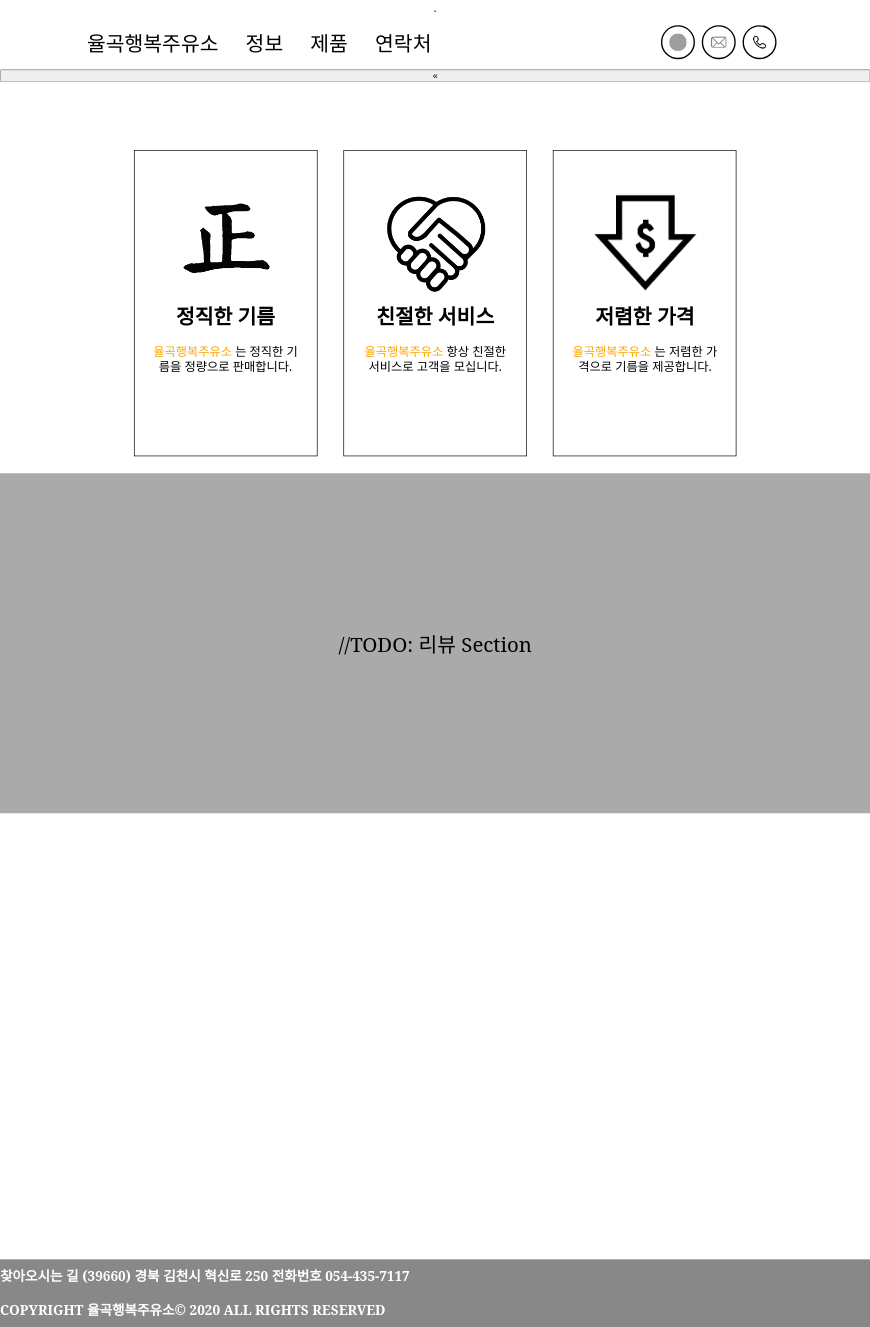
Repository: randomUser134923/pet-projects
Page: pet-projects/web1/index.html
The author's editor kept a record of every edit. The page is drawn from the files as they stood at one moment, then again after the next edit.
The browser window is 1280 px wide. The pictures show the whole page, at 68% of full size.
Pictures or frames that could not be fetched are drawn as grey boxes.

Above is the page before.

After the next edit:
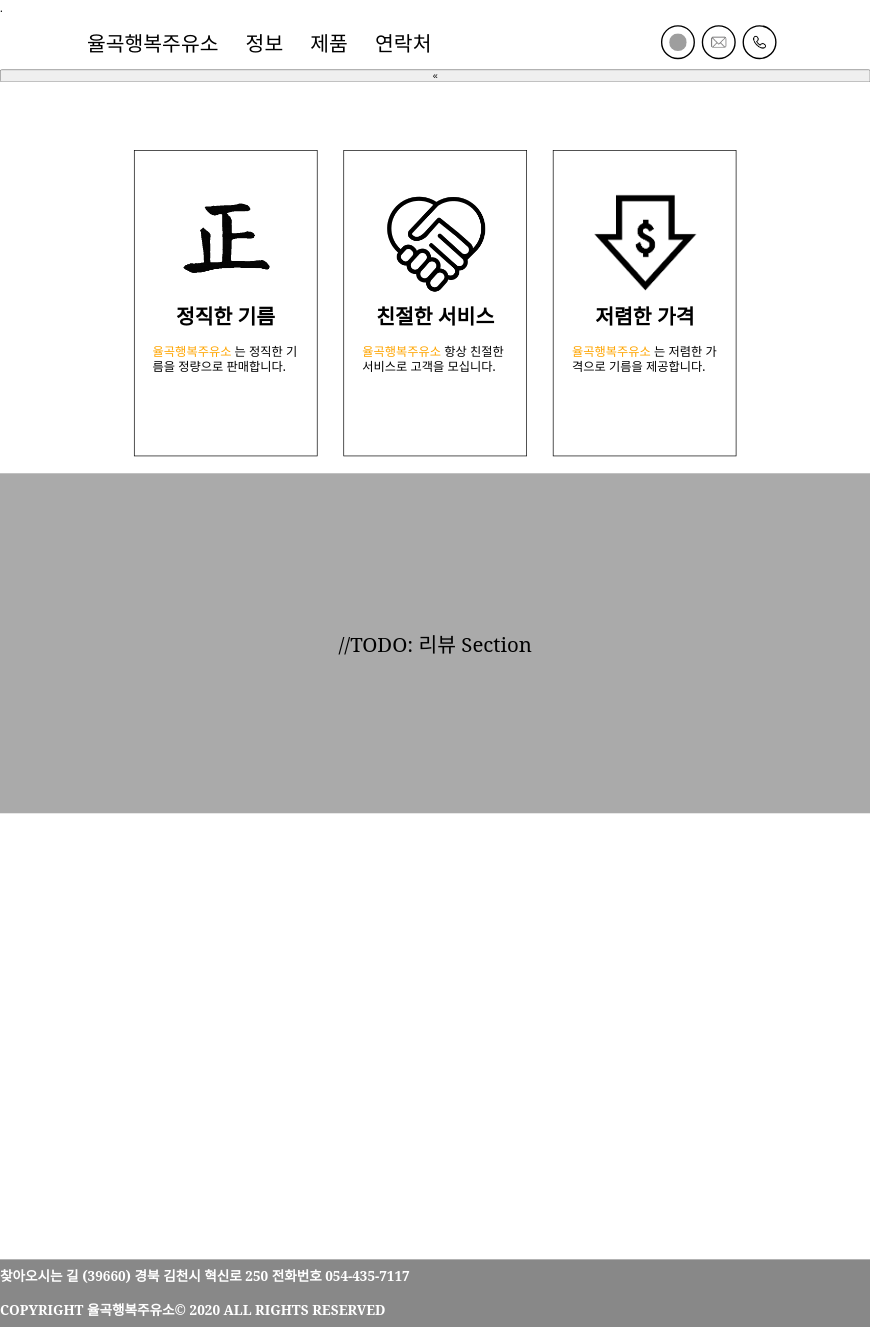
The edit:
--- a/pet-projects/web1/css/banner.css
+++ b/pet-projects/web1/css/banner.css
@@ -1,12 +1,5 @@
-body, html {
-  padding: 0;
-  margin: 0;
-  width: 100%;
 
-  text-align: center;
-}
-
-input {
+.sliding-banner input {
   position: absolute;
   opacity: 0;
   margin-top: 95vh;
